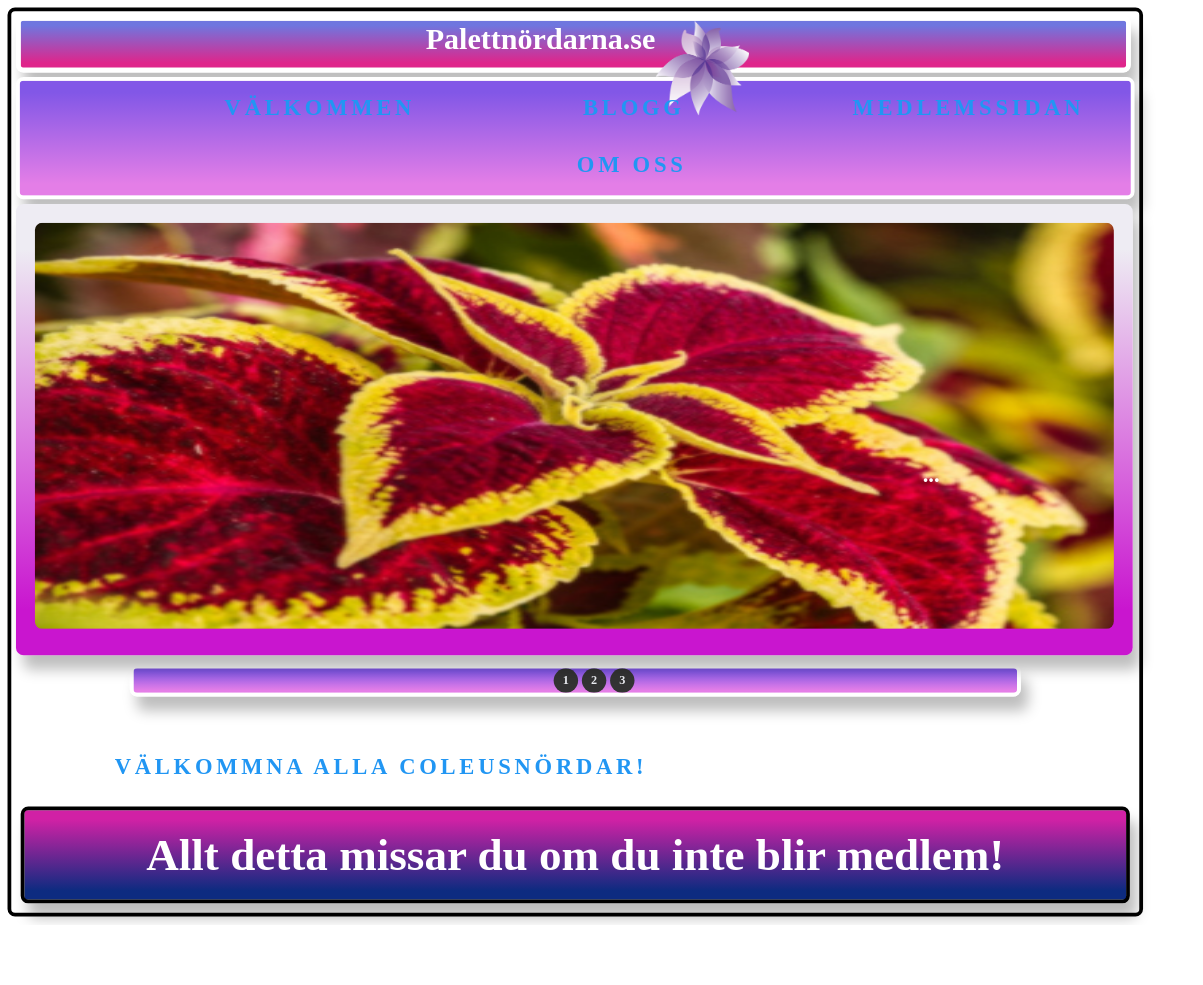
Repository: Webutveckling-20-21/lektion-3-CSS
Page: valkommen.html
The author's editor kept a copy of each file at every save. The page is drawn from the files as they stood at one save, then again after the next save.
The browser window is 1280 px wide. The pictures show the whole page, at 94% of full size.
Some web fonts or font styles are not loaded; a fallback is used.

Above is the page before, as saved 2021-10-15 16:36:05.

### valkommen.html
<!DOCTYPE html>
<html lang="en">
<head>
    <meta charset="UTF-8">
    <meta http-equiv="X-UA-Compatible" content="IE=edge">
    <meta name="viewport" content="width=device-width, initial-scale=1.0">
    <link rel="stylesheet" href="style5.css">
    <title>Välkommen palettnördarna</title>
</head>
<body>
   <div class="header">

      <h1>Palettnördarna.se</h1>
      <div class="logo">
          <img src="images/logga1.svg" alt="logga" class="logo-img">
      </div>

  </div>

  <ul class="navbar">

      <li class="nav-list">
        <li>
        <a href="valkommen.html"> välkommen</a></li>
        <li>
          <a href="blogg.html">Blogg</a>
      </li>
      <li><a href="medlemssidan.html">Medlemssidan</a></li>
      <li><a href="om oss.html">Om oss</a></li>

  </ul>
  <div class="slider-wrapper">
   <div class="slider">
     <input type="radio" name="slider" class="trigger" id="one" checked="checked" />
     <div class="slide">
       <figure class="slide-figure">
         <img class="slide-img" src="images/col2bild1.jpg" />
         <figcaption class="slide-caption"><p>...</p></figcaption>
       </figure><!-- .slide-figure -->
     </div><!-- .slide -->
     <input type="radio" name="slider" class="trigger" id="two" />
     <div class="slide">
       <figure class="slide-figure">
         <img class="slide-img" src="images/col11bild2.jpg" />
         <figcaption class="slide-caption"><p>...</p></figcaption>
       </figure><!-- .slide-figure -->
     </div><!-- .slide -->
     <input type="radio" name="slider" class="trigger" id="three" />
     <div class="slide">
       <figure class="slide-figure">
         <img class="slide-img" src="images/col6bild3.jpg" />
         <figcaption class="slide-caption"><p>...</p></figcaption>
       </figure><!-- .slide-figure -->
     </div><!-- .slide -->
   </div><!-- .slider -->
   <div class="slider-counter">
   <ul class="slider-nav">
     <li class="slider-nav__item"><label class="slider-nav__label" for="one">1</label></li>
     <li class="slider-nav__item"><label class="slider-nav__label" for="two">2</label></li>
     <li class="slider-nav__item"><label class="slider-nav__label" for="three">3</label></li>
   </ul>

  </div>
  <br> <br> <br>

 </div>

 <br>
 <br>
 <br>
 <br>
 <br>
 <div class="light-button ">
   <a href="#"> Välkommna alla coleusnördar!
    <span></span>
    <span>V</span>
    <span></span>
    <span></span>
</a>
</div>
     <footer class="footer-place"> Allt detta missar du om du inte blir medlem!</footer>

</body>
</html>

### style5.css
@import url('https://fonts.googleapis.com/css2?family=Grechen+Fuemen&display=swap');
@import url('https://fonts.googleapis.com/css2?family=Roboto&display=swap');
@import url('https://fonts.googleapis.com/css2?family=Merriweather:wght@700&display=swap');

body {
    font-family: 'Grechen Fuemen', cursive;
    font-weight: bolder;
    border: 4px solid black;
    border-radius: 8px;
    max-width: 1200px;
}

.header {
    display: flex;
    width: 98%;
    height: 50px;
    border: 5px solid white;
    background: linear-gradient(to bottom, #6f76df 10%, #df258b 90%);
    box-shadow: 7.6px 15.2px 15.2px hsl(0deg 0% 0% / 0.26);
    border-radius: 8px;
    justify-content: center;
    margin: 5px;
}

.header h1 {
    margin-top: 1px;
    flex-wrap: wrap;
    font-size:2rem;
    color:white;
    margin-left: 50px;
    z-index: 2;

}

.logo-img {
    border: 0px;
    max-width: 100px;
        margin-right: 20px;

}

.navbar {
   width: auto;
   height: auto;
   display: flex;
   align-items: center;
   justify-content: space-around;
   background-color: #eed9f8;
   margin: 5px;
   border-radius: 8px;
   flex-wrap: wrap;
}

ul {
   list-style-type: none;
   flex-wrap: wrap;
   margin-left: 5;
   margin-right: 5;
   padding: 10;
   width: 90%;
   height: auto;
   overflow: hidden;
   border: 4px solid white;
   background: linear-gradient(to bottom, #8257e7 10%, #e47ee7 90%);
   box-shadow: 7.6px 15.2px 15.2px hsl(0deg 0% 0% / 0.26);
}

.nav-list {
   margin: 5px;
   flex-wrap: wrap;
}

a {
   text-decoration: none;
   font-size: 2rem;
   color: rgb(250, 244, 250);
}

a:hover {
   color: rgb(100, 59, 212);
}



/*img>.slide-img{

   height: 100%;
   width: auto;
   height: auto;
   box-shadow: 7.6px 15.2px 15.2px hsl(0deg 0% 0% / 0.26);
   padding:10px;
}*/
img .slide-image{
   max-width: 95%;
   max-height: auto;
   vertical-align: middle;
   border: radius 20px;
   margin-bottom: 5px;

 }

 .trigger {
   display: none;
 }

 .slider, .slider-wrapper {
   position: relative;
   height: 250px;
 }

 .slide {
  background: linear-gradient(to bottom, #eeecf3 10%, #c915cf 90%);
  box-shadow: 7.6px 15.2px 15.2px hsl(0deg 0% 0% / 0.26);
   width: 99%;
   overflow: hidden;
   position: absolute;
   height: 100%;
   left: 0;
   top: 0;
   z-index: 5000;
   opacity: 0;
   transition: opacity .5s ease-in-out;
   border-radius: 8px;
   margin-left:5px;

 }

 .slide-img {
   filter: brightness(100%);
   object-fit: fill;
   display: block;
   margin:  0  auto;
   border-radius: 8px;


 }
 .slider-counter {
   display:flex;
   justify-content:center;
  margin-top: 5px;

 }

 .slide-figure {
   display:flex;
   justify-content:center;
   height: 90%;
   position: relative;
   margin: 10px;
   padding: 10px;


 }

 .slide-caption {
   position: absolute;
   bottom: 30%;
   width: calc(100% - 1rem);
   color: white;
   text-align: center;
   left: 50%;
 }

 .trigger:checked + .slide {
   z-index: 6000;
   opacity: 1;
 }

 .slider-nav {
   width: 75%;
   text-align: center;
   margin: 1rem 0;
   margin:5px;
   border-radius:8px;
 }

 .slider-nav__item {
   display: inline-block;
 }

 .slider-nav__label {

   font-size: 13px;
   background-color: #333;
   display: block;
   height: 2em;
   line-height: 2em;
   width: 2em;
   text-align: center;
   border-radius: 50%;
   color: rgb(235, 237, 241);
   cursor: pointer;
   transition: background-color .25s, color .25s ease-in-out;

 }

 .slider-nav__label:hover,
 .slider-nav__label:active,
 .slider-nav__label:focus {
   background-color: rgb(218, 20, 125);
   color: black;
 }

 .light-buttons{
   display:flex;
   border: 1px solid black;
   margin:10px;
   color:black;
   display:flex;
   justify-content:center;
   background-color: #d3358c;
 }
  a{
    position: relative;
    display: inline-block;
    padding: 15px 30px;
    color: #2196F3;
    text-transform: uppercase;
    letter-spacing: 4px;
    text-decoration: none;
    font-size: 24px;
    overflow: hidden;
    transition: 0.2s;
    margin-left:80px;
    border-radius:8px;
}
a:hover
{
    color: #255784;
    background: #2196F3;
    transition-delay: 1s;
    box-shadow: 0 0 10px #2196F3, 0 0 40px #2196F3, 0 0 80px #2196F3;
}
a span
{
    position: absolute;
    display: block;
}
a span:nth-child(1)
{
    top: 0;
    left: -100%;
    width: 100%;
    height: 2px;
    background: linear-gradient(90deg,transparent,#2196F3);
}
a:hover span:nth-child(1)
{
    left: 100%;
    transition: 1s;
}
a span:nth-child(3)
{
    bottom: 0;
    right: -100%;
    width: 100%;
    height: 2px;
    background: linear-gradient(270deg,transparent,#2196F3);
}
a:hover span:nth-child(3)
{
    right: 100%;
    transition: 1s;
    transition-delay: 0.5s;
}
a span:nth-child(2)
{
    top: -100%;
    right: 0;
    width: 2px;
    height: 100%;
    background: linear-gradient(180deg,transparent,#2196F3);
}
a:hover span:nth-child(2)
{
    top: 100%;
    transition: 1s;
    transition-delay: 0.25s;
}
a span:nth-child(4)
{
    bottom: -100%;
    left: 0;
    width: 2px;
    height: 100%;
    background: linear-gradient(360deg,transparent,#2196F3);
}
a:hover span:nth-child(4)
{
    bottom: 100%;
    transition: 1s;
    transition-delay: 0.75s;
}
.footer-place {
    padding: 20px;
    margin: 10px;
    border: 4px solid black;
    background: linear-gradient(180deg, #d121a5 10%, #0d2b80 90%);
    box-shadow: 7.6px 15.2px 15.2px hsl(0deg 0% 0% / 0.26);
    border-radius: 8px;
    font-size: 3rem;
    text-align: center;
    color: white;
}

/* Portrait and Landscape */
@media only screen and (min-device-width: 320px) and (max-device-width: 480px) and (-webkit-min-device-pixel-ratio: 2) {}
@media only screen and (min-width: 1024px) {
   .slider, .slider-wrapper {
     height: 480px;
   }

   .slide-caption {
     width: 65%;
     font-size: 1.5rem;
   }
 }

 @media only screen and (max-width: 1200px) and (min-width: 768px) {
   .slider, .slider-wrapper {
     height: 360px;
   }

   .slide-caption {
     width: 75%;
     font-size: 1.25rem;
   }
 }

 @media only screen and (min-width: 768px) {
   body{
    @media (min-width: 481px) and (max-width: 1200px) {

      /* CSS */

    }
   }
   .slide-img {
     width: 100%;
     height: auto;
   }
 }

After the next save:
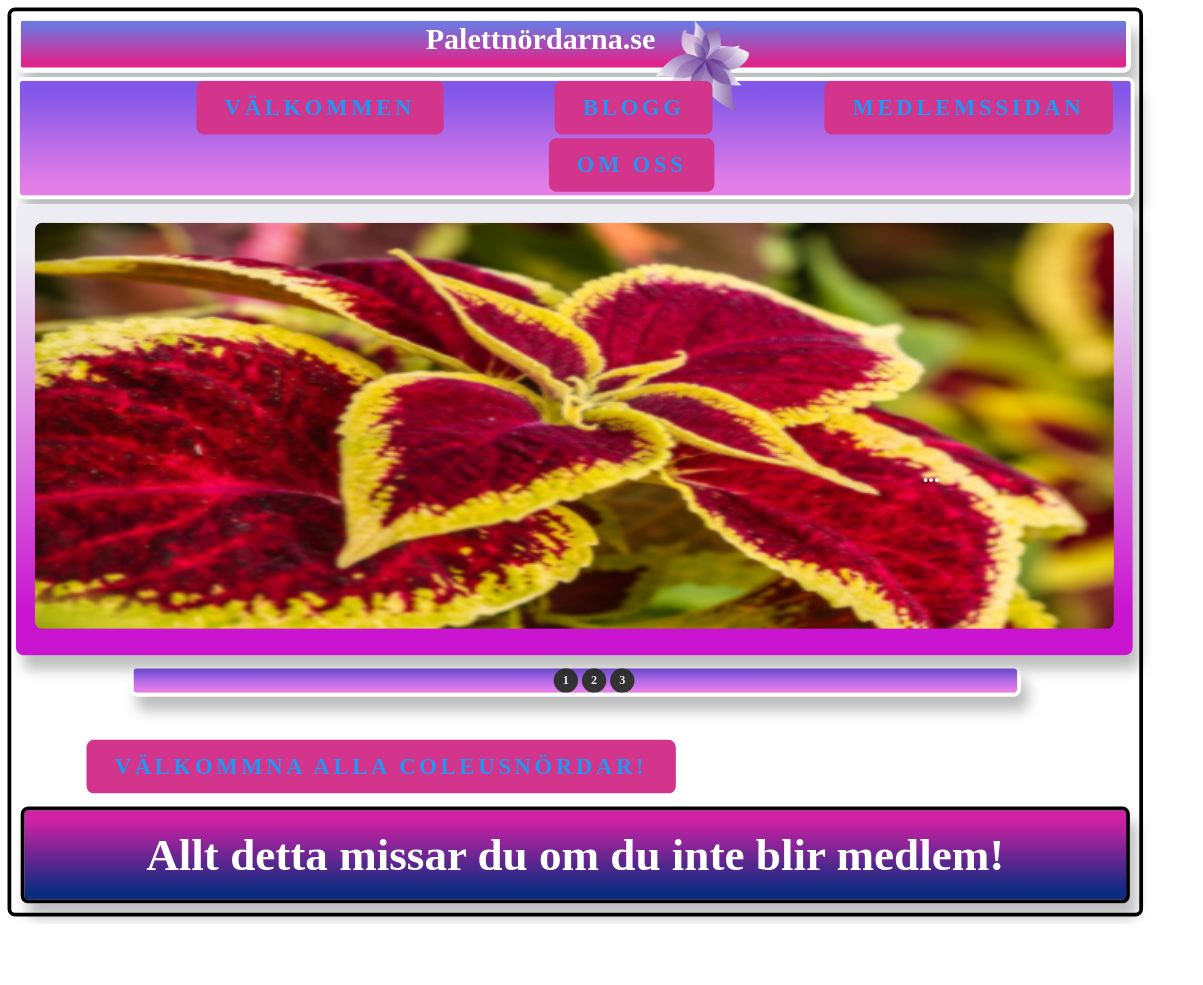
Saved 20 s later.
--- a/style5.css
+++ b/style5.css
@@ -208,7 +208,7 @@
    color:black;
    display:flex;
    justify-content:center;
-   background-color: #d3358c;
+
  }
   a{
     position: relative;
@@ -223,6 +223,7 @@
     transition: 0.2s;
     margin-left:80px;
     border-radius:8px;
+    background-color: #d3358c;
 }
 a:hover
 {

After the save that followed:
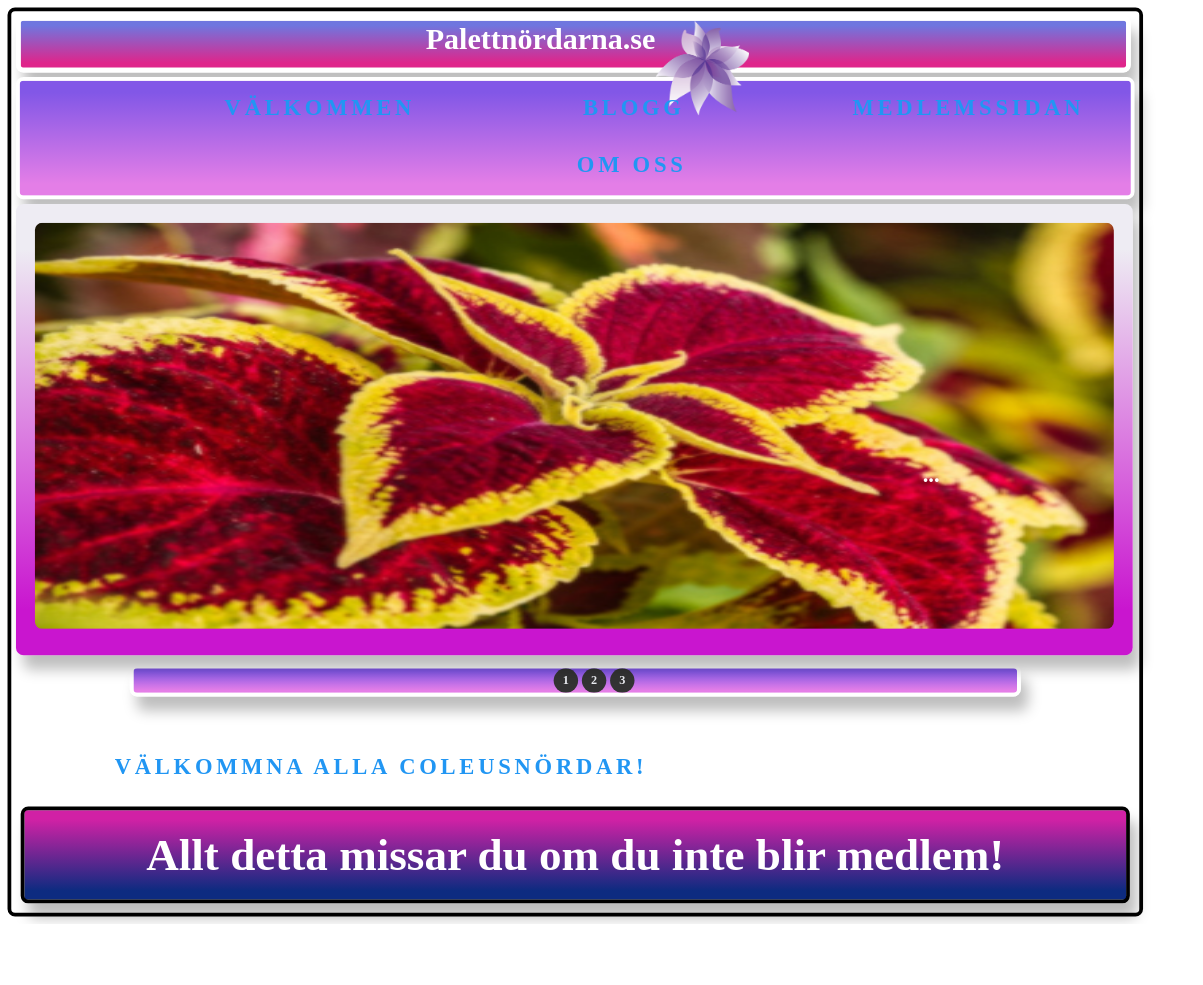
Saved 21 s later.
--- a/style5.css
+++ b/style5.css
@@ -223,7 +223,7 @@
     transition: 0.2s;
     margin-left:80px;
     border-radius:8px;
-    background-color: #d3358c;
+
 }
 a:hover
 {
